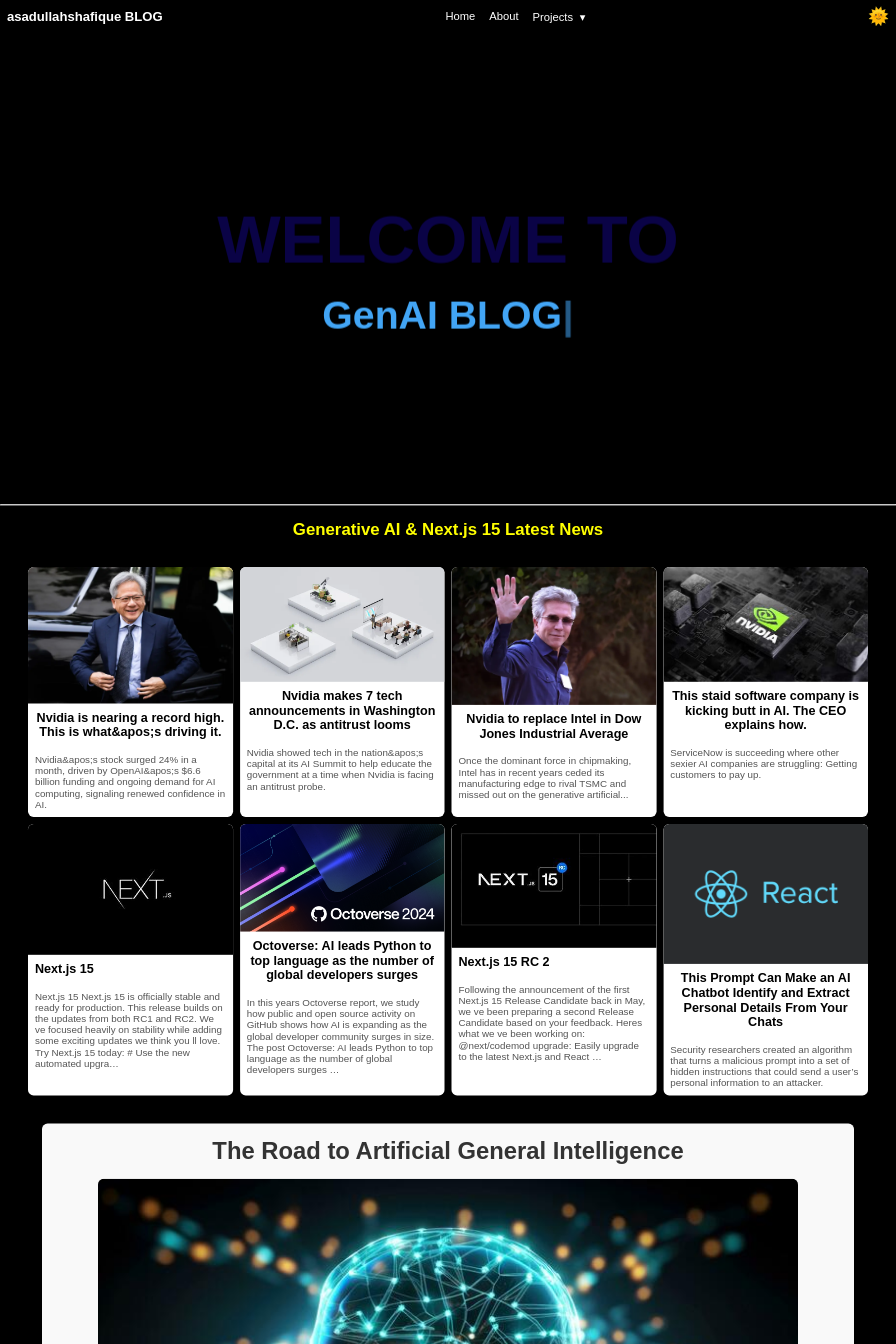
Repository: asadullah48/blog_learning
Page: /main
The author's editor kept a copy of each file at every save. The page is drawn from the files as they stood at one save, then again after a run of saves.
The browser window is 1280 px wide. The pictures show the part of the page from y = 0 to 1920 px (the page is 11536 px tall), at 70% of full size.
The project was rebuilt for these pictures with package versions that can differ from the ones it lists, and the page was loaded fresh each time. The framework's server and built-in components were replaced by stand-ins that run in the browser. Also part of the build but not shown: next.config.ts.

Above is the page before, as saved 2024-12-27 11:58:27.

After the next 2 saves:
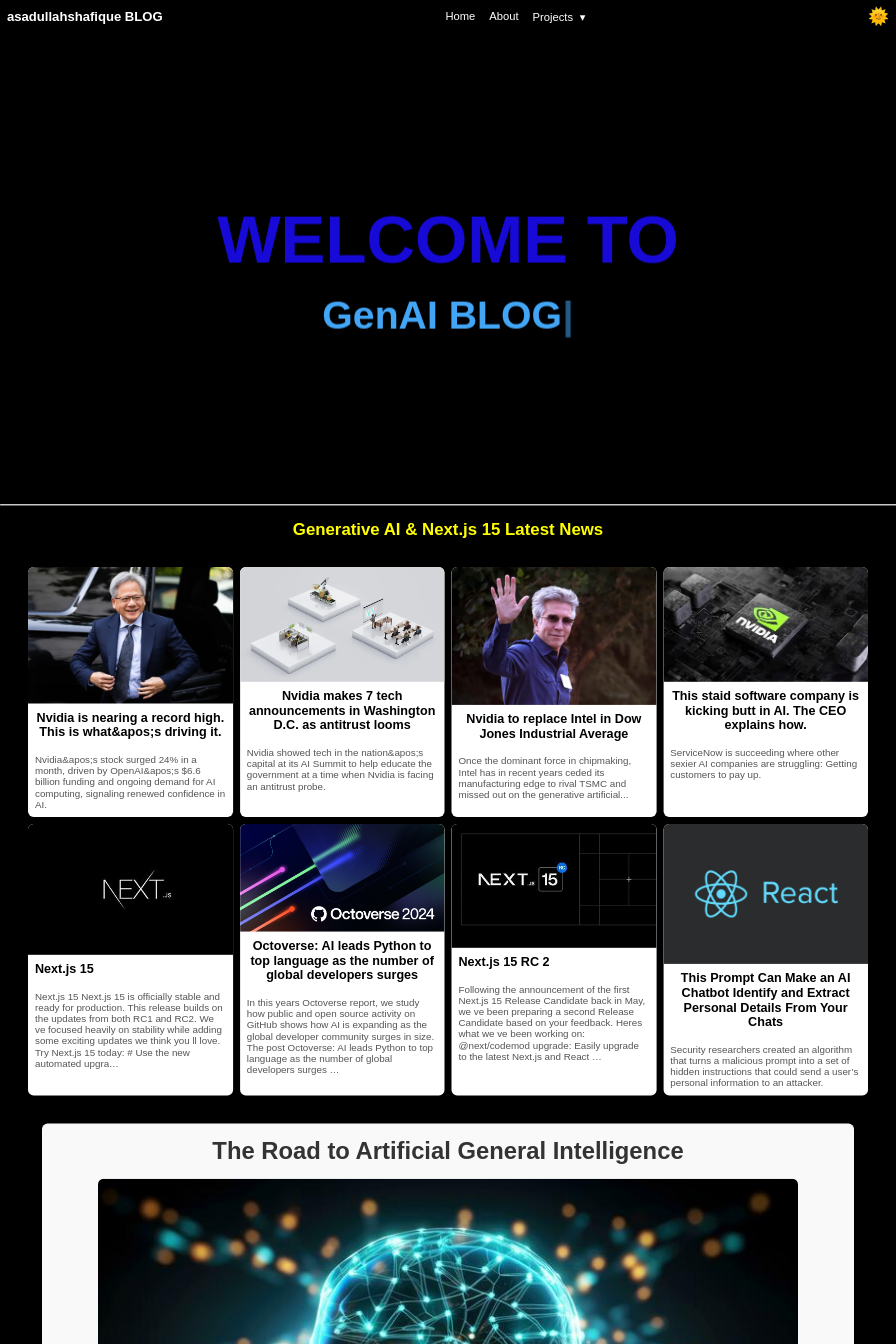
The 2 saves are shown as one change because they came seconds apart.
The last was saved 7 s later.
--- a/src/app/main/main.css
+++ b/src/app/main/main.css
@@ -119,7 +119,7 @@
     font-size: 3rem;
     font-weight: bold;
     text-align: center;
-    color: #0a0346;
+    color: #1709d6;
     animation: fadeIn 2s ease-in forwards;
 }
 
